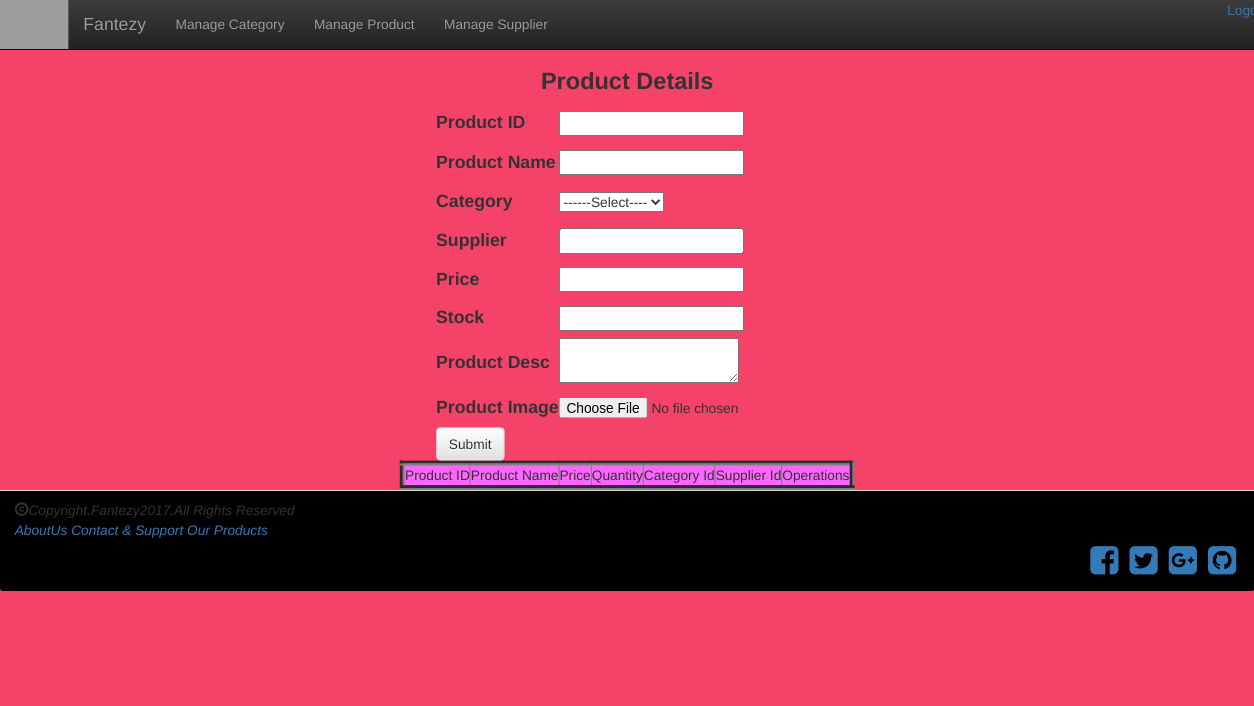
Repository: Safna93/eCommerce-project
Page: http://localhost/FantezyFrontendProject/WEB-INF/views/Product.jsp
These files come from the project's save history. The page is drawn as it stood at one moment and after the next save; the edit follows.
The browser window is 1280 px wide. The pictures show the whole page, at 98% of full size.
Pictures or frames that could not be fetched are drawn as grey boxes. Some web libraries are served in a nearby version. The page is served by Tomcat 9. Nobody is signed in. Other server files are loaded and not shown. The template is opened directly, without the code that normally fills it, so the values that code supplies are empty.

Above is the page before, as saved 2017-07-12 16:29:13.

### Fantezy Project 1/Fantezy/FantezyFrontendProject/src/main/webapp/WEB-INF/views/Product.jsp
<%@ page language="java" contentType="text/html"%>
<%@ taglib uri="http://java.sun.com/jsp/jstl/core" prefix="c"%>
<%@taglib prefix="form" uri="http://www.springframework.org/tags/form"%>

<%@include file="AdminHeader.jsp"%>

<form:form method="POST" action="InsertProduct" modelAttribute="product" enctype="Multipart/form-data">
<table align="center">
			<tr>
				<td colspan="2"><center><h3><b>Product Details</b></h3></center></td>
			</tr>
			<tr>
				<td><h4><b>Product ID</b></h4></td>
				<td><form:input path="prodid" /></td>
			</tr>
			<tr>
				<td><h4><b>Product Name</b></h4></td>
				<td><form:input path="prodname" /></td>
			</tr>

			<tr>
				<td><h4><b>Category</b></h4></td>
				<td><form:select path="catid">
						<form:option value="0" label="------Select----" />
						<form:options items="${catlist}" />
					</form:select>
				</td>
			</tr>
			<tr>
				<tr>
				<td><h4><b>Supplier</b></h4></td>
				<td><form:input path="suppid" /></td>
			</tr>
			</tr>

			<tr>
				<td><h4><b>Price</b></h4></td>
				<td><form:input path="price" /></td>
			</tr>
			<tr>
				<td><h4><b>Stock</b></h4></td>
				<td><form:input path="quantity" /></td>
			</tr>
			<tr>
				<td><h4><b>Product Desc</b></h4></td>
				<td><form:textarea path="proddesc" /></td>
			</tr>
			<tr>
				<td><h4><b>Product Image</b></h4></td>
				<td><form:input type="file" path="pimage" /></td>
			</tr>

			<tr>
			<td colspan="2"><input type="submit" class="btn btn-default"/></td>

			</tr>
</table>
</form:form>

<!-- Displaying the Product data using Table -->
<table cellspacing="2" align="center" border="5">

	<tr bgcolor="#ff66ff">
		<td>Product ID</td>
		<td>Product Name</td>
		<td>Price</td>
		<td>Quantity</td>
		<td>Category Id</td>
		<td>Supplier Id</td>
		<td>Operations</td>
	</tr>
	<c:forEach items="${prodlist}" var="product">
		<tr bgcolor="#00ff99">
			<td>${product.prodid}</td>
			<td>${product.prodname}</td>
			<td>${product.price}</td>
			<td>${product.quantity}</td>
			<td>${product.catid}</td>
			<td>${product.suppid}</td>
			<td><a href="<c:url value="deleteProduct/${product.prodid}"/>">Delete</a>
				<a href="<c:url value="updateProduct/${product.prodid}"/>">Update</a>
			</td>
		</tr>
	</c:forEach>
</table>
<!-- Completed Displaying Table -->
<%@include file="Footer.jsp" %>
</body>
</html>

### Fantezy Project 1/Fantezy/FantezyFrontendProject/src/main/webapp/WEB-INF/views/AdminHeader.jsp
<!DOCTYPE html>
<html lang="en">
<head>
<title>Fatntezy-The Girlz Corner</title>
<meta charset="utf-8">
<meta name="viewport" content="width=device-width, initial-scale=1">
<%@ taglib uri="http://java.sun.com/jsp/jstl/core" prefix="c"%>
<link rel="stylesheet"
	href="https://maxcdn.bootstrapcdn.com/bootstrap/3.3.7/css/bootstrap.min.css">
<link href="<c:url value="/resources/css/Head.css" />" rel="stylesheet">
<script
	src="https://ajax.googleapis.com/ajax/libs/jquery/3.2.1/jquery.min.js"></script>
<script
	src="https://maxcdn.bootstrapcdn.com/bootstrap/3.3.7/js/bootstrap.min.js"></script>
</head>
<body>

<body style="background-color: #f44268">


	<div class="header">
		<div class="container">
			<header style="height: 50px;"></header>
			<!------------- Navbar -------------->
			<nav class="my-nav navbar navbar-inverse bs-dark navbar-fixed-top">
				<div class="navbar-header"></div>

				<div class="collapse navbar-collapse"
					id="bs-example-navbar-collapse-1">
					<ul class="nav navbar-nav">
						<div class="navbar-header">
							<a href="ioo" class="pull-left"><img
								src="http://cdn.wallpapersafari.com/62/23/dgHULI.jpg" width="70"
								height="50"></a>
							<div class="navbar-brand">Fantezy</div>


						</div>





						<li><a href="Category">Manage Category</a></li>
						<li><a href="Product">Manage Product</a></li>
						<li><a href="Supplier">Manage Supplier</li>

					</ul>
					<ul>
						<div class="nav navbar-nav navbar-right">
							<a href="#">${sessionScope.username}</a> <a href="logout">Logout</a>
							</a>
						</div>
					</ul>
				</div>







				</li>
				</ul>
		</div>
		</nav>
	</div>

	<!----------- !Navbar End ------------>


	</div>

### Fantezy Project 1/Fantezy/FantezyFrontendProject/src/main/webapp/WEB-INF/views/Footer.jsp


<html lang="en">
<head>
<title>Fantezy</title>
  <meta charset="utf-8">
  <meta name="viewport" content="width=device-width, initial-scale=1"><!-- Latest compiled and minified CSS -->
<link rel="stylesheet" href="https://maxcdn.bootstrapcdn.com/bootstrap/3.3.4/css/bootstrap.min.css">
<link rel="stylesheet" href="https://cdnjs.cloudflare.com/ajax/libs/font-awesome/4.6.3/css/font-awesome.min.css">
<!-- Optional theme -->
<link rel="stylesheet" href="https://maxcdn.bootstrapcdn.com/bootstrap/3.3.4/css/bootstrap-theme.min.css">
 <!-- jQuery (necessary for Bootstrap's JavaScript plugins) -->
    <script src="https://ajax.googleapis.com/ajax/libs/jquery/1.11.2/jquery.min.js"></script>
<!-- Latest compiled and minified JavaScript -->
<script src="https://maxcdn.bootstrapcdn.com/bootstrap/3.3.4/js/bootstrap.min.js"></script>
  <style>
.panel-footer{
	background-color: black;
	font-style: oblique;
}
body{
	background-color: white;
	font:oblique;
	size:18;
}
.social:hover {
     -webkit-transform: scale(1.1);
     -moz-transform: scale(1.1);
     -o-transform: scale(1.1);
 }
 .social {
     -webkit-transform: scale(0.8);
     /* Browser Variations: */

     -moz-transform: scale(0.8);
     -o-transform: scale(0.8);
     -webkit-transition-duration: 0.5s;
     -moz-transition-duration: 0.5s;
     -o-transition-duration: 0.5s;
 }
/*
    Multicoloured Hover Variations
*/

 #social-fb:hover {
     color: #3B5998;
 }
 #social-tw:hover {
     color: #4099FF;
 }
 #social-gp:hover {
     color: #d34836;
 }
 #social-gh:hover {
     color: black;
 }
</style>
</head>
<body>
<div class="panel-footer">

  <span class="glyphicon glyphicon-copyright-mark"></span>Copyright.Fantezy2017.All Rights Reserved
<div class="text-left left-block">
<a href="AboutUs">AboutUs</a></li>

<a href="ContactUs">Contact & Support</a>
<a href="displayProducts">Our Products</a>





<div class="text-right right-block">

                <a href="https://www.facebook.com"><i id="social-fb" class="fa fa-facebook-square fa-3x social"></i></a>
	            <a href="https://twitter.com"><i id="social-tw" class="fa fa-twitter-square fa-3x social"></i></a>
	            <a href="https://plus.google.com"><i id="social-gp" class="fa fa-google-plus-square fa-3x social"></i></a>
	            <a href="https://github.com"><i id="social-gh" class="fa fa-github-square fa-3x social"></i></a>
</div>

</div>


</body>
</html>

### Fantezy Project 1/Fantezy/FantezyFrontendProject/src/main/webapp/resources/css/Head.css


.bs-dark.navbar-inverse {
  background-color: #222;
  border-color: #080808;
}
.bs-dark .navbar-img {padding:5px 6px !important;}
.bs-dark .navbar-img img {width:40px;}
.bs-dark .dropdown-menu {
  min-width: 200px;
  padding: 5px 0;
  margin: 2px 0 0;
  background-color: #000;
  border: 1px solid rgba(0, 0, 0, 0.7);
  border: 1px solid rgba(0, 0, 0, .15);
  -webkit-box-shadow: 0 6px 12px rgba(0, 0, 0, .175);
          box-shadow: 0 6px 12px rgba(0, 0, 0, .175);
}

.bs-dark .dropdown-menu .divider {
  border: 1px solid rgba(0, 0, 0, 0.8);
}
.bs-dark .dropdown-menu > li > a {
  padding: 6px 20px;
  color: rgba(255,255,255,0.80);
}
.bs-dark .dropdown-menu > li > a:hover,
.bs-dark .dropdown-menu > li > a:focus {
  color: rgba(255,255,255,0.70);
  text-decoration: none;
  background-color: transparent;
}
.bs-dark .dropdown-menu > .active > a,
.bs-dark .dropdown-menu > .active > a:hover,
.bs-dark .dropdown-menu > .active > a:focus {
  color: rgba(255,255,255,0.70);
  text-decoration: none;
  background-color: transparent;
  outline: 0;
}

.bs-dark .navbar-form {
  margin:0;
  margin-top: 5px;
  padding:8px 0px;
}

.bs-dark .navbar-form .search-box {
  border:0px;
  height:35px;
  outline: none;
  width:320px;
  padding-right: 3px;
  padding-left: 15px;
  margin:4px;
  -webkit-border-radius: 22px;
  -moz-border-radius: 22px;
  border-radius: 22px;
}

.bs-dark .navbar-form button {
  border: 0;
  background: none;
  padding: 2px 5px;
  margin-top: 2px;
  position: relative;
  left: -34px;
  margin-bottom: 0;
  -webkit-border-radius: 3px;
  -moz-border-radius: 3px;
  border-radius: 3px;
}

.bs-dark .search-box:focus + button {
  z-index: 3;
}

@media (min-width: 768px) {
    .bs-dark .dropdown:hover {background-color: #000;}
	.bs-dark .dropdown:hover .dropdown-menu {
	  display: block;
	}
	.bs-dark .navbar-form {
	  padding:0px;
	}
	.bs-dark .navbar-form .search-box {
	  width:260px;
	  height:32px;
	}

}

After the next save:
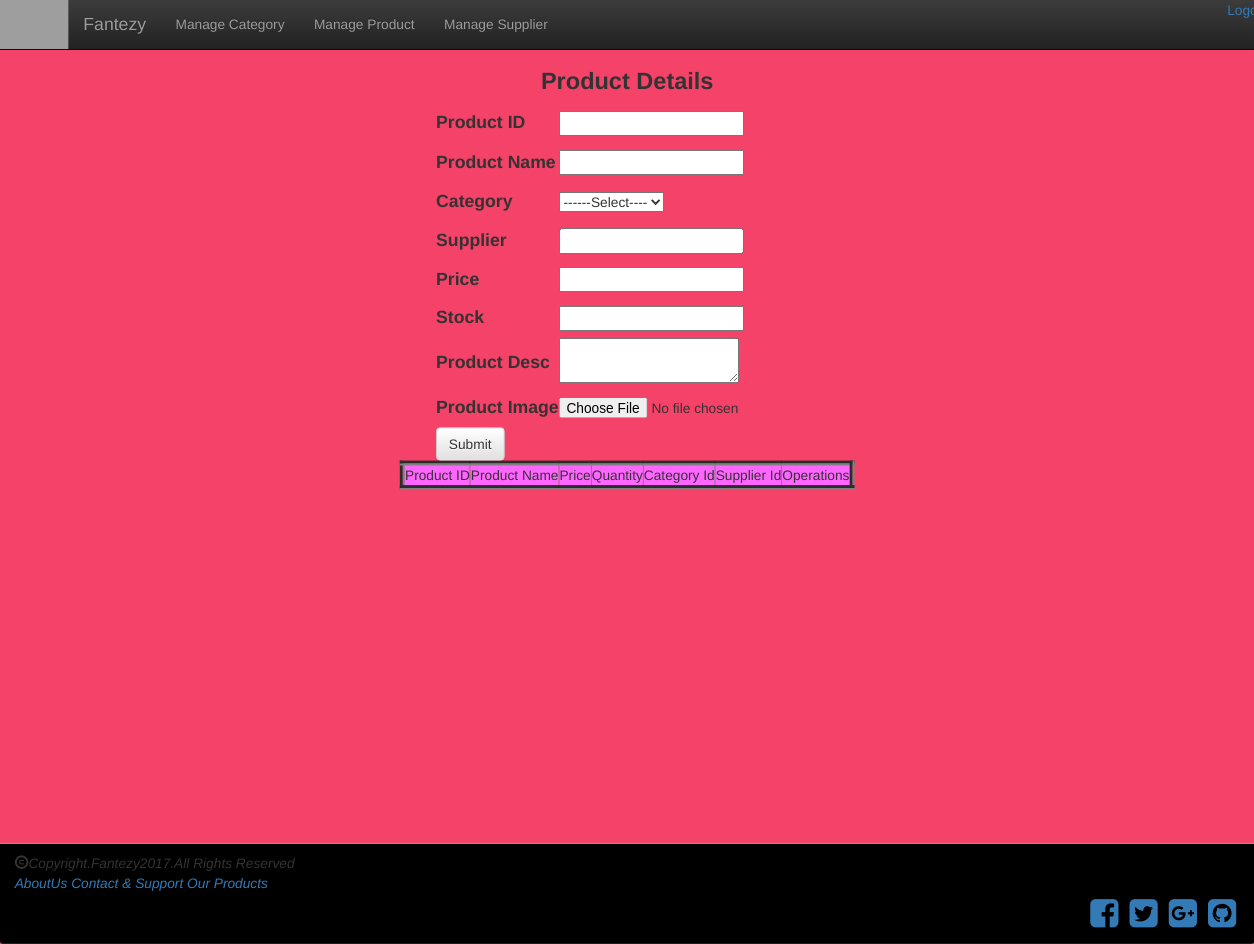
Saved 4 min 55 s later.
--- a/Fantezy Project 1/Fantezy/FantezyFrontendProject/src/main/webapp/WEB-INF/views/Product.jsp
+++ b/Fantezy Project 1/Fantezy/FantezyFrontendProject/src/main/webapp/WEB-INF/views/Product.jsp
@@ -84,6 +84,7 @@
 	</c:forEach>
 </table>
 <!-- Completed Displaying Table -->
+<br><br><br><br><br><br><br><br><br><br><br><br><br><br><br><br><br><br>
 <%@include file="Footer.jsp" %>
 </body>
 </html>
